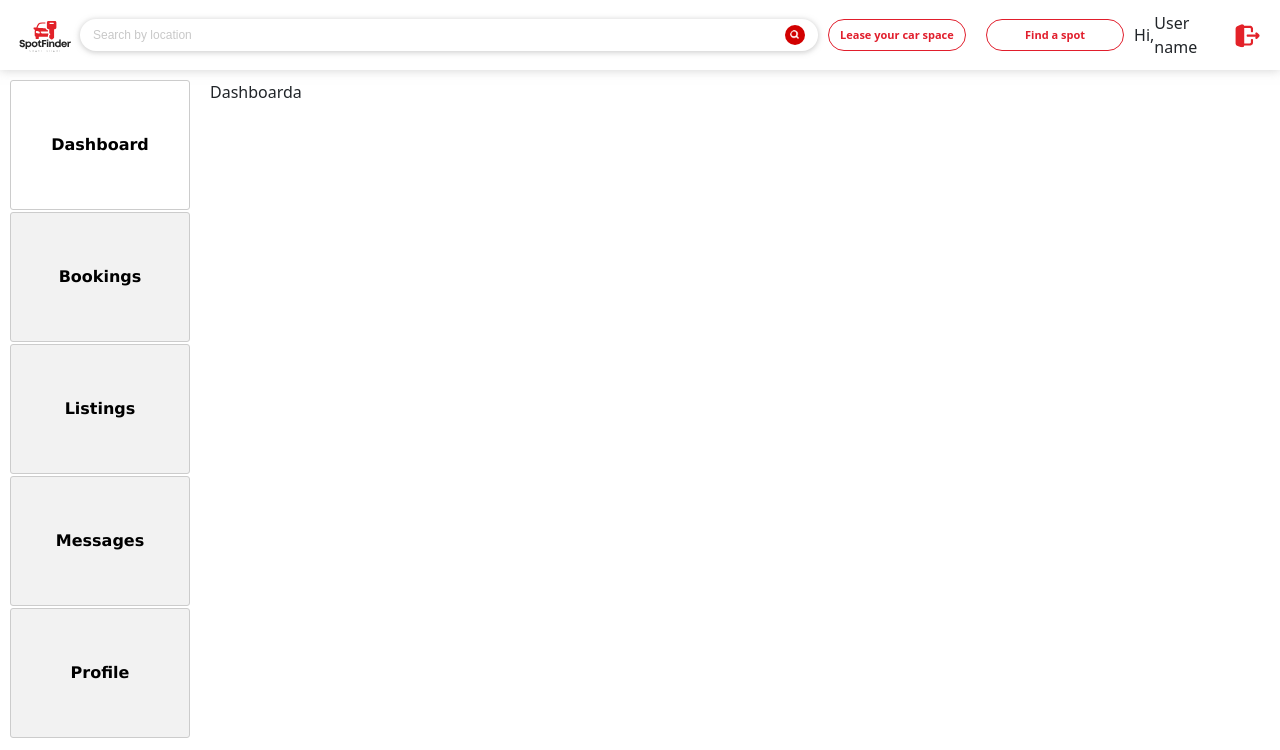
Repository: UNSWSpotFinder/SpotFinder
Page: /dashboard (app in frontend/)
The author's editor kept a copy of each file at every save. The page is drawn from the files as they stood at one save, then again after a run of saves.
The browser window is 1280 px wide. The pictures show the whole page.
The project was rebuilt for these pictures with package versions that can differ from the ones it lists, and the page was loaded fresh each time. Also part of the build but not shown: frontend/src/Login.css, frontend/src/Login.jsx, frontend/src/Regist.css, frontend/src/Regist.jsx, frontend/src/HomePage.jsx, frontend/src/App.css, frontend/src/components/Bookings.jsx, frontend/src/components/Listings.jsx and 2 more.

Above is the page before, as saved 2024-03-09 20:53:58.

After the next 2 saves:
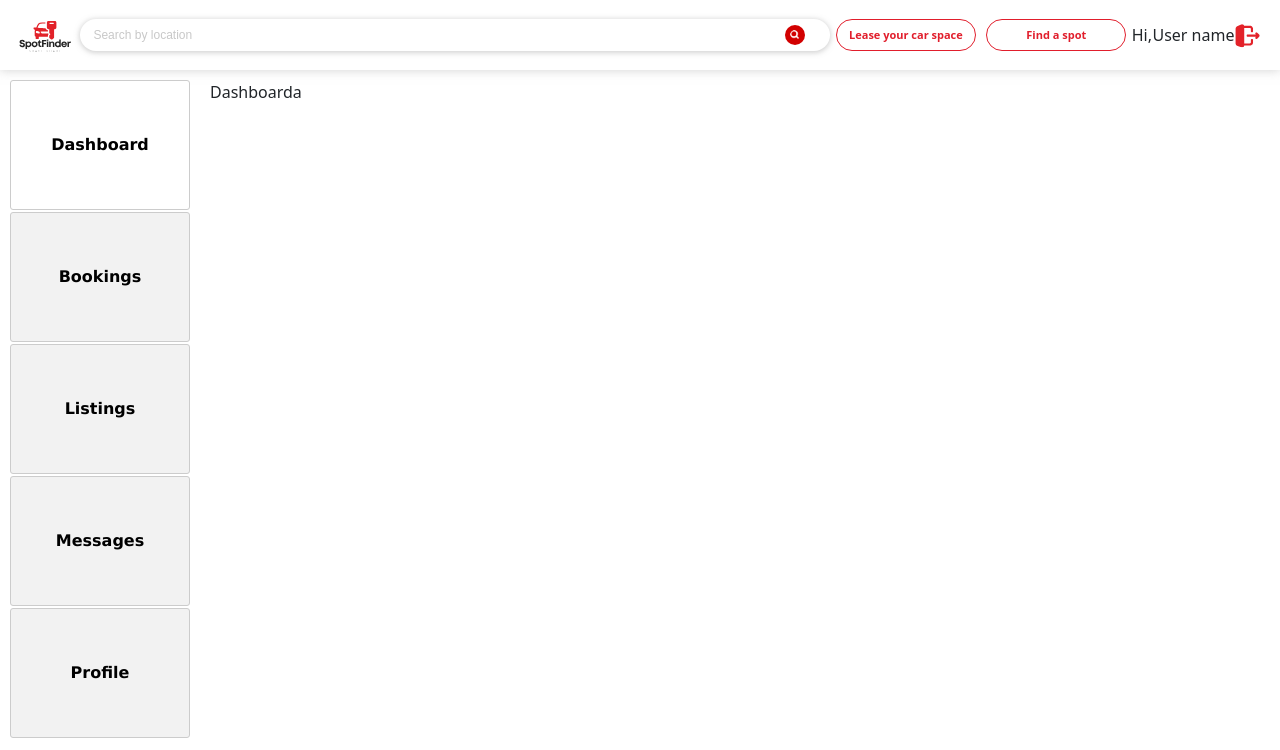
The 2 saves are shown as one change because they came seconds apart.
The last was saved 14 s later.
--- a/frontend/src/components/DashboardTop.css
+++ b/frontend/src/components/DashboardTop.css
@@ -10,7 +10,7 @@
 /* 顶部导航部分 */
 .top-button {
     padding: 7px 10px;
-    margin: 0 10px;
+    margin: 0 5px;
     border: 1px solid #e11e2c;
     border-radius: 25px;
     width: 140px;
